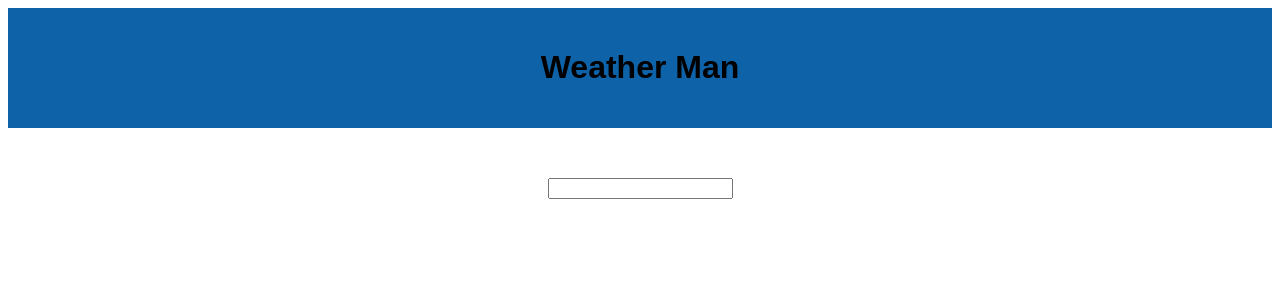
Repository: zackaroo20/Web-Assignment4-API
Page: index.html
An editor plug-in stored every save of this project. The page is shown before and after the next save, followed by the edit.
The browser window is 1280 px wide. The pictures show the whole page.

Above is the page before, as saved 2026-11-14 18:02:26.

### index.html
<!DOCTYPE html>
<html lang="en">
<head>
    <meta charset="UTF-8">
    <meta name="viewport" content="width=, initial-scale=1.0">
    <link rel="stylesheet" href="fancy.css">
    <title>Document</title>
</head>
<header>
       <h1>Weather Man</h1>
    </header>
<body>
    <input type="search">

</body>
</html>

### fancy.css

header {
  background-color: #0e63a8;
  padding: 20px;
  text-align: center;
  margin-bottom: 50px;
}
body {
  font-family: Arial, sans-serif;
  padding: 20;
  text-align: center;
}

After the next save:
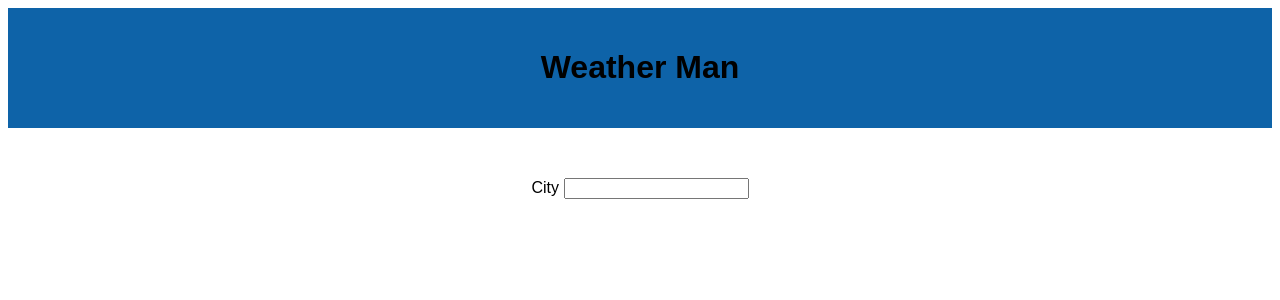
Saved 5 min 53 s later.
--- a/index.html
+++ b/index.html
@@ -7,10 +7,22 @@
     <title>Document</title>
 </head>
 <header>
-       <h1>Weather Man</h1>
-    </header>
+ <h1>Weather Man</h1>
+ </header>
+
+
 <body>
-    <input type="search">
+    <form action="brains.js" target="_self">
+
+        <label for="city">City</label>
+
+        <input type="text" name="city"/>
+
+
+
+    </form>
+
+
 
 </body>
 </html>
